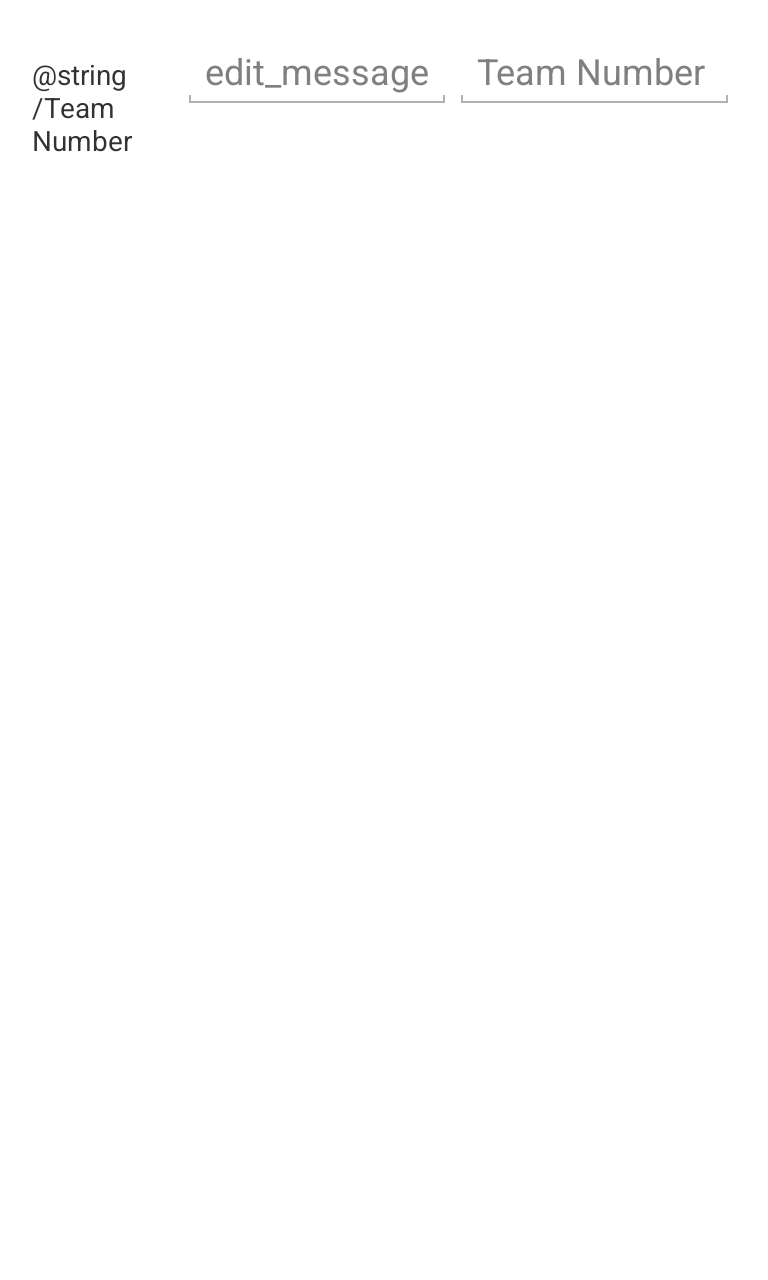
Repository: lmrobotics/linn-mar-robotics
Layout: 2013_14/Android/raflood/workspace/FTCScout/res/layout/activity_main.xml
These files come from the project's save history. The layout is drawn as it stood at one moment and after the next save; the edit follows.
It is drawn on a 768 x 1280 px phone screen (xhdpi) without system bars, with theme AppTheme; the app's code is not run.

Above is the layout before, as saved 2013-10-17 12:43:33.

After the next save:
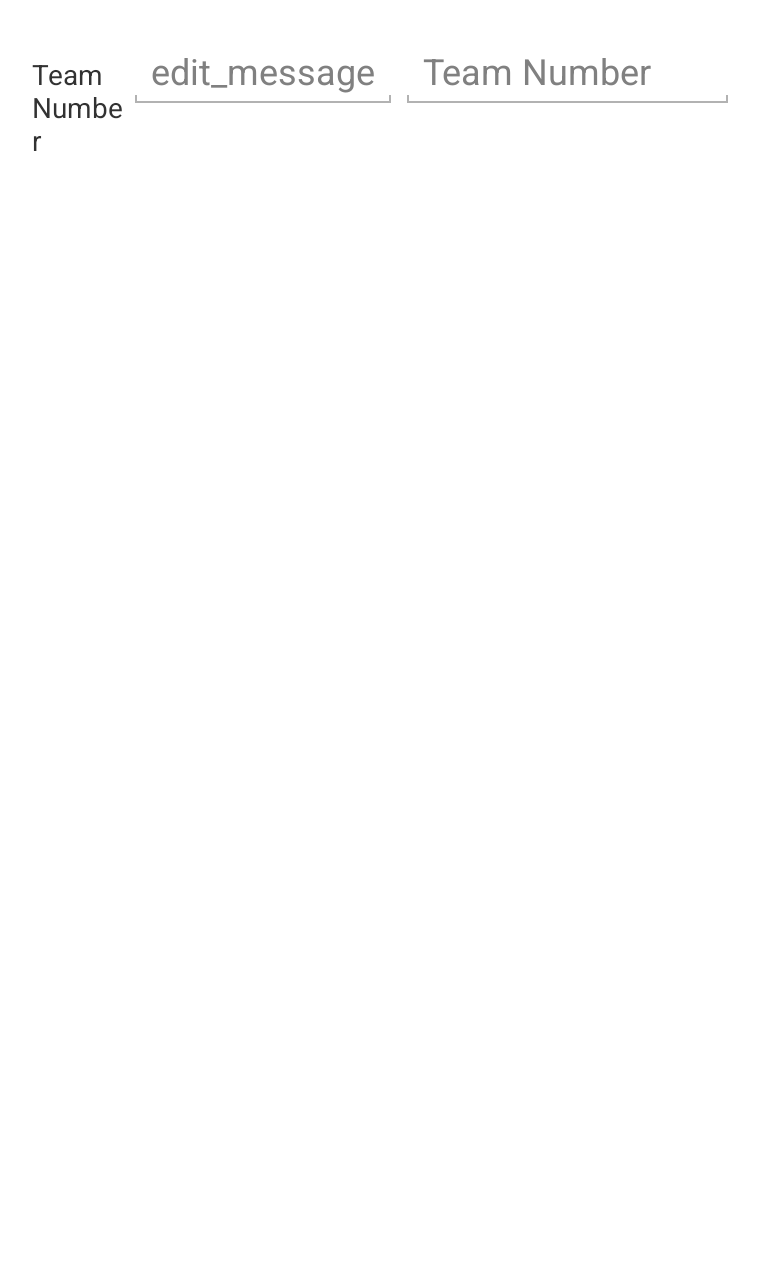
Saved 38 s later.
--- a/2013_14/Android/raflood/workspace/FTCScout/res/layout/activity_main.xml
+++ b/2013_14/Android/raflood/workspace/FTCScout/res/layout/activity_main.xml
@@ -14,7 +14,7 @@
         android:layout_width="wrap_content"
         android:layout_height="wrap_content"
         android:layout_weight="1"
-        android:text="@string/Team Number" />
+        android:text="Team Number" />
 
     <EditText android:id="@+id/edit_message"
         android:layout_width="wrap_content"
